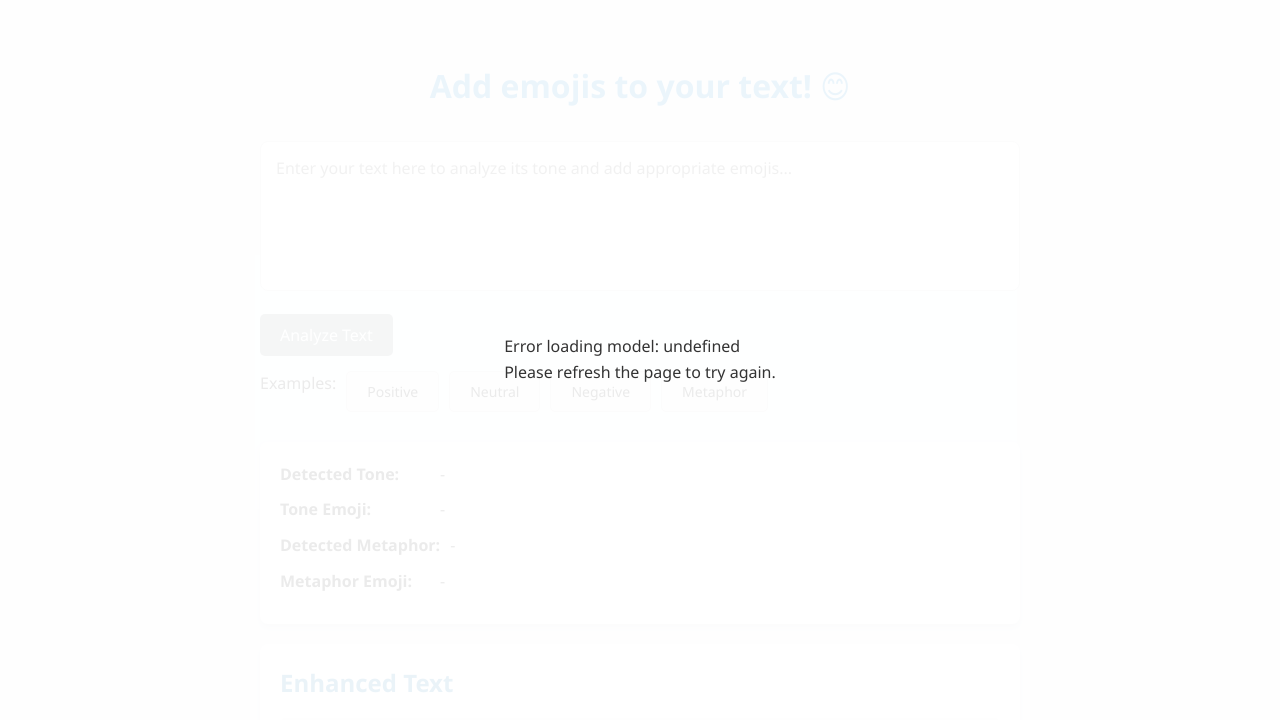
Repository: Teycir/emojiadder
Page: index.html
The author's editor kept a copy of each file at every save. The page is drawn from the files as they stood at one save, then again after the next save.
The browser window is 1280 px wide. The pictures show the window.
A layer covers the whole window, so only the first screen is drawn.

Above is the page before, as saved 2025-03-23 14:32:45.

### index.html
<!DOCTYPE html>
<html lang="en">

<head>
  <link rel="icon" type="image/svg+xml" href="data:[embedded picture, 137 characters]" />
    <meta charset="UTF-8">
    <meta name="viewport" content="width=device-width, initial-scale=1.0">
    <title>Emoji adder</title>

    <!-- Preload critical resources -->
    <link rel="preload" href="https://cdn.jsdelivr.net/npm/@xenova/transformers@2.14.0/dist/transformers.min.js" as="script" />
    <link rel="modulepreload" href="./models/sentiment.worker.js" />
    <link rel="modulepreload" href="./models/SentimentModel.js" />
    <link rel="modulepreload" href="./TextToneDetector.js" />
    <link rel="modulepreload" href="./utils/EmojiUtils.js" />
    <link rel="modulepreload" href="./utils/MetaphorUtils.js" />

    <link rel="stylesheet" href="styles.css">

    <!-- Start loading the model worker early -->
    <script type="module">
        // Register service worker for model caching
        if ('serviceWorker' in navigator) {
            window.addEventListener('load', () => {
                navigator.serviceWorker.register('./service-worker.js')
                    .then(registration => {
                        console.log('Service Worker registered with scope:', registration.scope);
                    })
                    .catch(error => {
                        console.error('Service Worker registration failed:', error);
                    });
            });
        }

        // Create a hidden iframe to start loading the worker in parallel
        window.addEventListener('load', () => {
            setTimeout(() => {
                const modelLoader = new Worker('./models/sentiment.worker.js', { type: 'module' });
                window.preloadedModelWorker = modelLoader;
                console.log('Preloaded model worker');
            }, 0);
        });
    </script>
</head>

<body>
    <div class="container">

        <h1>Add emojis to your text! 😊</h1>


        <div class="input-section">
            <textarea id="text-input"
                placeholder="Enter your text here to analyze its tone and add appropriate emojis..."></textarea>
            <button id="analyze-btn">Analyze Text</button>
            <div class="examples">
                <p>Examples:</p>
                <button class="example-btn"
                    data-text="I'm so happy with the results! This is amazing.">Positive</button>
                <button class="example-btn" data-text="This is just okay, nothing special.">Neutral</button>
                <button class="example-btn" data-text="I'm really disappointed with this service.">Negative</button>
                <button class="example-btn"
                    data-text="The journey to success is like climbing a mountain.">Metaphor</button>
            </div>
        </div>

        <div class="result-section">
            <div class="result-card">
                <div class="result-item">
                    <div class="label">Detected Tone:</div>
                    <div id="tone-result" class="value">-</div>
                </div>
                <div class="result-item">
                    <div class="label">Tone Emoji:</div>
                    <div id="tone-emoji" class="value">-</div>
                </div>
                <div class="result-item">
                    <div class="label">Detected Metaphor:</div>
                    <div id="metaphor-result" class="value">-</div>
                </div>
                <div class="result-item">
                    <div class="label">Metaphor Emoji:</div>
                    <div id="metaphor-emoji" class="value">-</div>
                </div>
            </div>
            <div class="enhanced-text-card">
                <h2>Enhanced Text</h2>
                <div id="enhanced-text-result">-</div>
            </div>
        </div>

        <div class="loader-container" id="loader">
            <div class="loader"></div>
            <div id="loading-status">Initializing...</div>
            <div class="loading-progress">
                <div id="loading-progress-bar" class="loading-progress-bar"></div>
            </div>
            <p>The model will be cached for instant access on your next visit.</p>
        </div>
    </div>

    <!-- Note the type="module" to use ES modules (modules are deferred by default) -->
    <script type="module" src="./script.js"></script>
    <div style="top: 5px; left: 10px; font-size: xx-small; margin: 10px;">
        <a href="https://github.com/Teycir/emojiadder">
            Code on GitHubRepo.
        </a><br>
        Made by <a href="https://www.teycirbensoltane.tn">Teycir Ben Soltane.</a><br>
        We respect privacy, your text stays in the browser.
    </div>

</body>

</html>

### models/sentiment.worker.js
// Web Worker for loading and running the sentiment model
import { pipeline } from 'https://cdn.jsdelivr.net/npm/@xenova/transformers@2.14.0/dist/transformers.min.js';

// Store the pipeline instance
let sentimentPipeline = null;

// Handle messages from the main thread
self.onmessage = async function(event) {
  const { type, data } = event.data;

  switch (type) {
    case 'initialize':
      try {
        console.log('[Worker] Starting to load sentiment model...');

        // Initialize the sentiment analysis pipeline
        sentimentPipeline = await pipeline('sentiment-analysis', 'Xenova/distilbert-base-uncased-finetuned-sst-2-english');

        console.log('[Worker] Sentiment model loaded successfully');

        // Notify the main thread that the model is ready
        self.postMessage({ type: 'initialized', success: true });
      } catch (error) {
        console.error('[Worker] Error loading model:', error);
        self.postMessage({
          type: 'initialized',
          success: false,
          error: error.message
        });
      }
      break;

    case 'analyze':
      try {
        if (!sentimentPipeline) {
          throw new Error('Model not loaded yet');
        }

        const text = data.text;
        const result = await sentimentPipeline(text);

        self.postMessage({
          type: 'result',
          requestId: data.requestId,
          result: result[0]
        });
      } catch (error) {
        console.error('[Worker] Analysis error:', error);
        self.postMessage({
          type: 'result',
          requestId: data.requestId,
          error: error.message
        });
      }
      break;
  }
};

// Start preloading the model immediately when the worker is instantiated
console.log('[Worker] Worker initialized, preloading model...');
self.postMessage({ type: 'preloading' });

// Begin loading the model right away without waiting for a message
(async function() {
  try {
    console.log('[Worker] Auto-starting model initialization');
    sentimentPipeline = await pipeline('sentiment-analysis', 'Xenova/distilbert-base-uncased-finetuned-sst-2-english');
    console.log('[Worker] Model preloaded successfully');
    self.postMessage({ type: 'initialized', success: true });
  } catch (error) {
    console.error('[Worker] Error preloading model:', error);
    // We don't send an error here as we'll attempt to load again when requested
  }
})();

### models/SentimentModel.js
/**
 * Handles sentiment analysis using Transformers.js via Web Worker
 * Implements caching and background loading to improve performance
 */
class SentimentModel {
  // Static properties for caching
  static instance = null;
  static worker = null;
  static isInitializing = false;
  static initPromise = null;
  static requestCounter = 0;
  static pendingRequests = new Map();

  constructor() {
    console.log('SentimentModel constructor called');

    // Return existing instance if available
    if (SentimentModel.instance) {
      console.log('Returning cached SentimentModel instance');
      return SentimentModel.instance;
    }

    this.isLoaded = false;

    // Store this instance as the singleton
    SentimentModel.instance = this;

    // Initialize worker if not already created
    if (!SentimentModel.worker) {
      this._initWorker();
    }
  }

  /**
   * Initialize the Web Worker
   * @private
   */
  _initWorker() {
    console.log('Creating sentiment model worker');

    // Create a new worker
    SentimentModel.worker = new Worker('./models/sentiment.worker.js', { type: 'module' });

    // Set up message handler
    SentimentModel.worker.onmessage = (event) => {
      const { type, requestId, result, success, error } = event.data;

      switch (type) {
        case 'preloading':
          console.log('Model preloading started in worker');
          break;

        case 'initialized':
          console.log('Model initialization complete, success:', success);
          if (success) {
            this.isLoaded = true;
            if (SentimentModel.initPromise) {
              SentimentModel.isInitializing = false;
              SentimentModel.initPromise.resolve(true);
            }
          } else {
            if (SentimentModel.initPromise) {
              SentimentModel.isInitializing = false;
              SentimentModel.initPromise.reject(new Error(error || 'Model initialization failed'));
            }
          }
          break;

        case 'result':
          // Resolve the pending promise for this request
          const pendingRequest = SentimentModel.pendingRequests.get(requestId);
          if (pendingRequest) {
            if (error) {
              pendingRequest.reject(new Error(error));
            } else {
              pendingRequest.resolve(result);
            }
            SentimentModel.pendingRequests.delete(requestId);
          }
          break;
      }
    };

    // Handle worker errors
    SentimentModel.worker.onerror = (error) => {
      console.error('Worker error:', error);
      if (SentimentModel.initPromise && SentimentModel.isInitializing) {
        SentimentModel.isInitializing = false;
        SentimentModel.initPromise.reject(error);
      }
    };
  }

  /**
   * Initialize the sentiment analysis model
   * @returns {Promise} Resolves when model is loaded
   */
  async initialize() {
    // If model is already loaded, return immediately
    if (this.isLoaded) {
      console.log('Model already loaded, using cached instance');
      return Promise.resolve(true);
    }

    // If initialization is in progress, return the existing promise
    if (SentimentModel.isInitializing) {
      console.log('Model initialization already in progress, waiting...');
      return SentimentModel.initPromise;
    }

    // Create a new initialization promise
    SentimentModel.isInitializing = true;

    let promiseResolve, promiseReject;
    SentimentModel.initPromise = new Promise((resolve, reject) => {
      promiseResolve = resolve;
      promiseReject = reject;
    });

    // Store resolvers in the promise
    SentimentModel.initPromise.resolve = promiseResolve;
    SentimentModel.initPromise.reject = promiseReject;

    console.log('Requesting model initialization from worker');
    SentimentModel.worker.postMessage({ type: 'initialize' });

    return SentimentModel.initPromise;
  }

  /**
   * Analyze text sentiment
   * @param {string} text - Text to analyze
   * @returns {Object} Sentiment result
   */
  async analyze(text) {
    if (!SentimentModel.worker) {
      throw new Error('Worker not initialized');
    }

    // Create a promise for this specific request
    const requestId = ++SentimentModel.requestCounter;

    let resolveRequest, rejectRequest;
    const requestPromise = new Promise((resolve, reject) => {
      resolveRequest = resolve;
      rejectRequest = reject;
    });

    // Store the promise resolvers
    SentimentModel.pendingRequests.set(requestId, {
      resolve: resolveRequest,
      reject: rejectRequest
    });

    // Send the analysis request to the worker
    SentimentModel.worker.postMessage({
      type: 'analyze',
      data: {
        requestId,
        text
      }
    });

    return requestPromise;
  }
}

export default SentimentModel;

### utils/EmojiUtils.js
/**
 * Provides emoji-related functionality
 */
class EmojiUtils {
    constructor() {
      // Metaphor emoji mappings
      this.metaphorEmojis = {
        speed: ['🚀', '⚡', '💨', '🏃‍♂️'],
        strength: ['💪', '🦾', '🦁', '🐂'],
        growth: ['🌱', '🌳', '📈', '⬆️'],
        time: ['⏰', '⌛', '🕒', '📅'],
        money: ['💰', '💵', '💸', '💲'],
        success: ['🏆', '🥇', '🎖️', '🔝'],
        failure: ['👎', '📉', '❌', '💥'],
        idea: ['💡', '✨', '🧠', '🤔'],
        communication: ['💬', '📣', '📱', '✉️'],
        love: ['❤️', '💕', '💘', '🌹'],
        journey: ['🛣️', '🧭', '🧳', '🚶‍♂️'],
        competition: ['🏁', '🥊', '⚔️', '🎯'],
        health: ['🏥', '💊', '🩺', '🫀'],
        technology: ['📱', '💻', '🤖', '⚙️'],
        education: ['📚', '🎓', '✏️', '🧮'],
        nature: ['🌿', '🌳', '🌊', '🏔️'],
        celebration: ['🎉', '🎊', '🥂', '🎈']
      };

      // Tone emoji mappings
      this.toneEmojis = {
        positive: ['😊', '😄', '🥰', '✨', '👍', '🙌'],
        neutral: ['😐', '🤔', '🧐', '📝', '🔍', '💭'],
        negative: ['😔', '😢', '😞', '😠', '👎', '💔']
      };
    }

    /**
     * Get random emoji from a list
     * @param {Array} emojiList - List of emojis to choose from
     * @returns {string} - Random emoji
     */
    getRandomEmoji(emojiList) {
      if (!emojiList || emojiList.length === 0) {
        return '';
      }
      const randomIndex = Math.floor(Math.random() * emojiList.length);
      return emojiList[randomIndex];
    }

    /**
     * Get emoji for a tone
     * @param {string} tone - Tone to get emoji for
     * @returns {string} - Emoji
     */
    getToneEmoji(tone) {
      return this.getRandomEmoji(this.toneEmojis[tone] || []);
    }

    /**
     * Get emoji for a metaphor
     * @param {string} metaphor - Metaphor to get emoji for
     * @returns {string} - Emoji
     */
    getMetaphorEmoji(metaphor) {
      return metaphor ? this.getRandomEmoji(this.metaphorEmojis[metaphor] || []) : '';
    }
  }

  export default EmojiUtils;

### styles.css
* {
    margin: 0;
    padding: 0;
    box-sizing: border-box;
    font-family: 'Segoe UI', Tahoma, Geneva, Verdana, sans-serif;
}

body {
    background-color: #f5f7fa;
    color: #333;
    line-height: 1.6;
}

.container {
    max-width: 800px;
    margin: 40px auto;
    padding: 20px;
}

h1 {
    text-align: center;
    margin-bottom: 30px;
    color: #3498db;
}

h2 {
    color: #2980b9;
    margin-bottom: 15px;
}

.input-section {
    margin-bottom: 30px;
}

textarea {
    width: 100%;
    height: 150px;
    padding: 15px;
    border: 1px solid #ddd;
    border-radius: 8px;
    resize: none;
    font-size: 16px;
    margin-bottom: 15px;
    transition: border 0.3s;
}

textarea:focus {
    outline: none;
    border-color: #3498db;
}

button {
    background-color: #3498db;
    color: white;
    border: none;
    padding: 10px 20px;
    border-radius: 5px;
    cursor: pointer;
    font-size: 16px;
    transition: background-color 0.3s;
}

button:hover {
    background-color: #2980b9;
}

button:disabled {
    background-color: #95a5a6;
    cursor: not-allowed;
}

.result-section {
    display: flex;
    flex-direction: column;
    gap: 20px;
    margin-bottom: 30px;
}

.result-card, .enhanced-text-card {
    background-color: white;
    border-radius: 8px;
    padding: 20px;
    box-shadow: 0 4px 6px rgba(0, 0, 0, 0.1);
}

.result-item {
    margin-bottom: 10px;
    display: flex;
    align-items: center;
}

.label {
    font-weight: bold;
    margin-right: 10px;
    min-width: 150px;
}

#enhanced-text-result {
    padding: 15px;
    background-color: #f9f9f9;
    border-radius: 5px;
    font-size: 18px;
    min-height: 60px;
    line-height: 1.5;
}

.examples-section {
    margin-top: 30px;
}

.examples {
    display: flex;
    flex-wrap: wrap;
    gap: 10px;
    margin-top: 15px;
}

.example-btn {
    background-color: #f0f0f0;
    color: #333;
    border: 1px solid #ddd;
    font-size: 14px;
}

.example-btn:hover {
    background-color: #e0e0e0;
}

/* Tone colors */
.positive {
    color: #27ae60;
}

.neutral {
    color: #f39c12;
}

.negative {
    color: #e74c3c;
}

/* Loader Styles */
.loader-container {
    position: fixed;
    top: 0;
    left: 0;
    width: 100%;
    height: 100%;
    background-color: rgba(255, 255, 255, 0.9);
    display: flex;
    flex-direction: column;
    justify-content: center;
    align-items: center;
    z-index: 1000;
}

.loader {
    border: 5px solid #f3f3f3;
    border-top: 5px solid #3498db;
    border-radius: 50%;
    width: 50px;
    height: 50px;
    animation: spin 1s linear infinite;
    margin-bottom: 20px;
}

@keyframes spin {
    0% { transform: rotate(0deg); }
    100% { transform: rotate(360deg); }
}

/* Responsive design */
@media (max-width: 600px) {
    .container {
        padding: 15px;
        margin: 20px auto;
    }

    .result-item {
        flex-direction: column;
        align-items: flex-start;
    }

    .label {
        margin-bottom: 5px;
    }

    .examples {
        flex-direction: column;
    }
}

### script.js
import TextToneDetector from './TextToneDetector.js';

// DOM event listeners
document.addEventListener('DOMContentLoaded', () => {
  console.log('DOM content loaded, initializing application');

  // DOM elements
  const textInput = document.getElementById('text-input');
  const analyzeBtn = document.getElementById('analyze-btn');
  const toneResult = document.getElementById('tone-result');
  const toneEmoji = document.getElementById('tone-emoji');
  const metaphorResult = document.getElementById('metaphor-result');
  const metaphorEmoji = document.getElementById('metaphor-emoji');
  const enhancedTextResult = document.getElementById('enhanced-text-result');
  const exampleBtns = document.querySelectorAll('.example-btn');
  const loader = document.getElementById('loader');

  // Disable analyze button until model loads
  analyzeBtn.disabled = true;

  // Make sure the loader is visible
  loader.style.display = 'flex';

  // Create detector instance
  console.log('Creating TextToneDetector instance');
  const toneDetector = new TextToneDetector();

  // Add event listener to limit textarea to 400 lines and alert if exceeded
  textInput.addEventListener('input', function() {
    const lines = this.value.split('\n');
    if (lines.length > 400) {
      alert("400 max lines allowed!");
      this.value = lines.slice(0, 400).join('\n');
    }
  });

  // Analyze text function
  async function analyzeText() {
    const text = textInput.value.trim();

    if (!text) {
      alert('Please enter some text to analyze.');
      return;
    }

    // Show loading indicator
    analyzeBtn.disabled = true;
    analyzeBtn.textContent = 'Analyzing...';

    try {
      const result = await toneDetector.analyze(text);

      // Display results
      toneResult.textContent = result.tone.charAt(0).toUpperCase() + result.tone.slice(1);
      toneResult.className = result.tone;

      toneEmoji.textContent = result.toneEmoji || 'None';

      metaphorResult.textContent = result.metaphor
        ? result.metaphor.charAt(0).toUpperCase() + result.metaphor.slice(1)
        : 'None detected';

      metaphorEmoji.textContent = result.metaphorEmoji || 'None';

      enhancedTextResult.textContent = result.enhancedText;
    } catch (error) {
      console.error('Error in analysis:', error);
      enhancedTextResult.textContent = 'An error occurred during analysis. Please try again.';
    } finally {
      // Reset button
      analyzeBtn.disabled = false;
      analyzeBtn.textContent = 'Analyze Text';
    }
  }

  // Event listeners
  analyzeBtn.addEventListener('click', analyzeText);

  textInput.addEventListener('keydown', function(e) {
    if (e.key === 'Enter' && e.ctrlKey) {
      analyzeText();
    }
  });

  // Example buttons
  exampleBtns.forEach(btn => {
    btn.addEventListener('click', function() {
      const exampleText = this.getAttribute('data-text');
      textInput.value = exampleText;
      analyzeText();
    });
  });

  // Initial instructions
  enhancedTextResult.textContent = 'Enter text and click "Analyze Text" to see the enhanced result with emojis.';
});

Loaded but not shown: utils/MetaphorUtils.js (348 lines, source omitted); TextToneDetector.js (167 lines, source omitted)

After the next save:
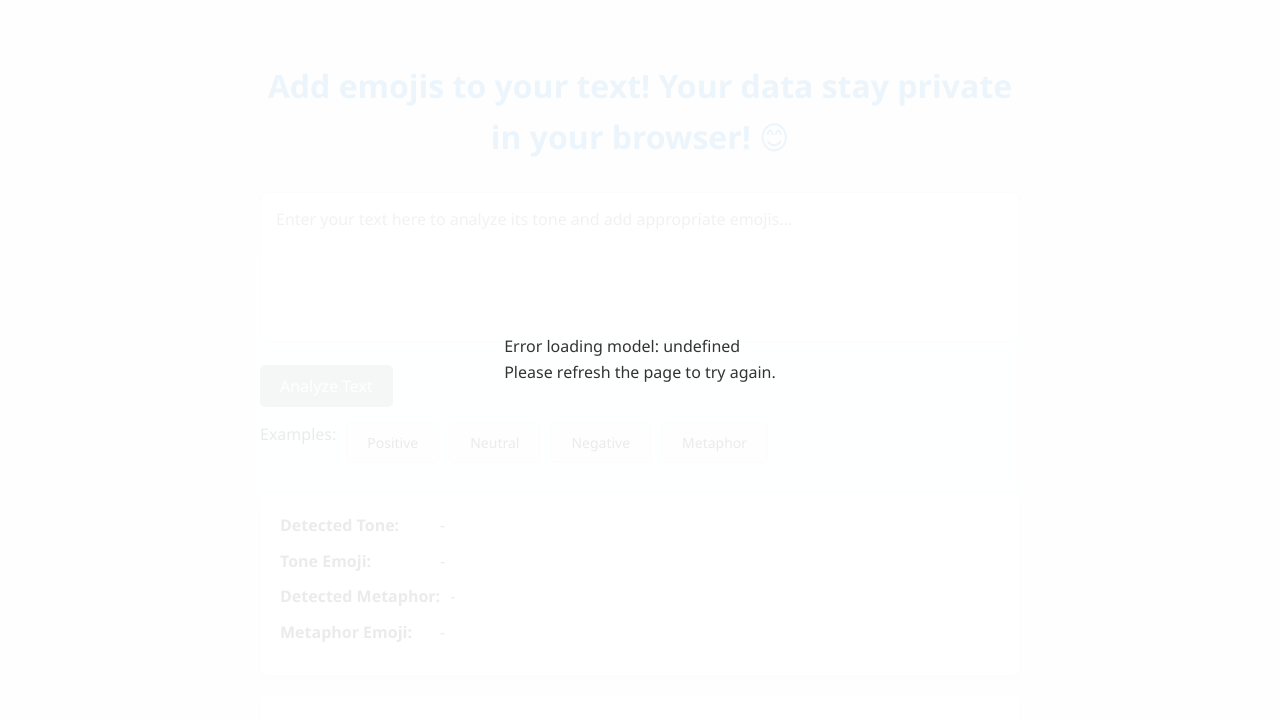
Saved 4 min 49 s later.
--- a/index.html
+++ b/index.html
@@ -5,7 +5,7 @@
   <link rel="icon" type="image/svg+xml" href="data:[embedded picture, 137 characters]" />
     <meta charset="UTF-8">
     <meta name="viewport" content="width=device-width, initial-scale=1.0">
-    <title>Emoji adder</title>
+    <title>Private Emoji adder</title>
 
     <!-- Preload critical resources -->
     <link rel="preload" href="https://cdn.jsdelivr.net/npm/@xenova/transformers@2.14.0/dist/transformers.min.js" as="script" />
@@ -46,7 +46,7 @@
 <body>
     <div class="container">
 
-        <h1>Add emojis to your text! 😊</h1>
+        <h1>Add emojis to your text! Your data stay private in your browser! 😊</h1>
 
 
         <div class="input-section">
